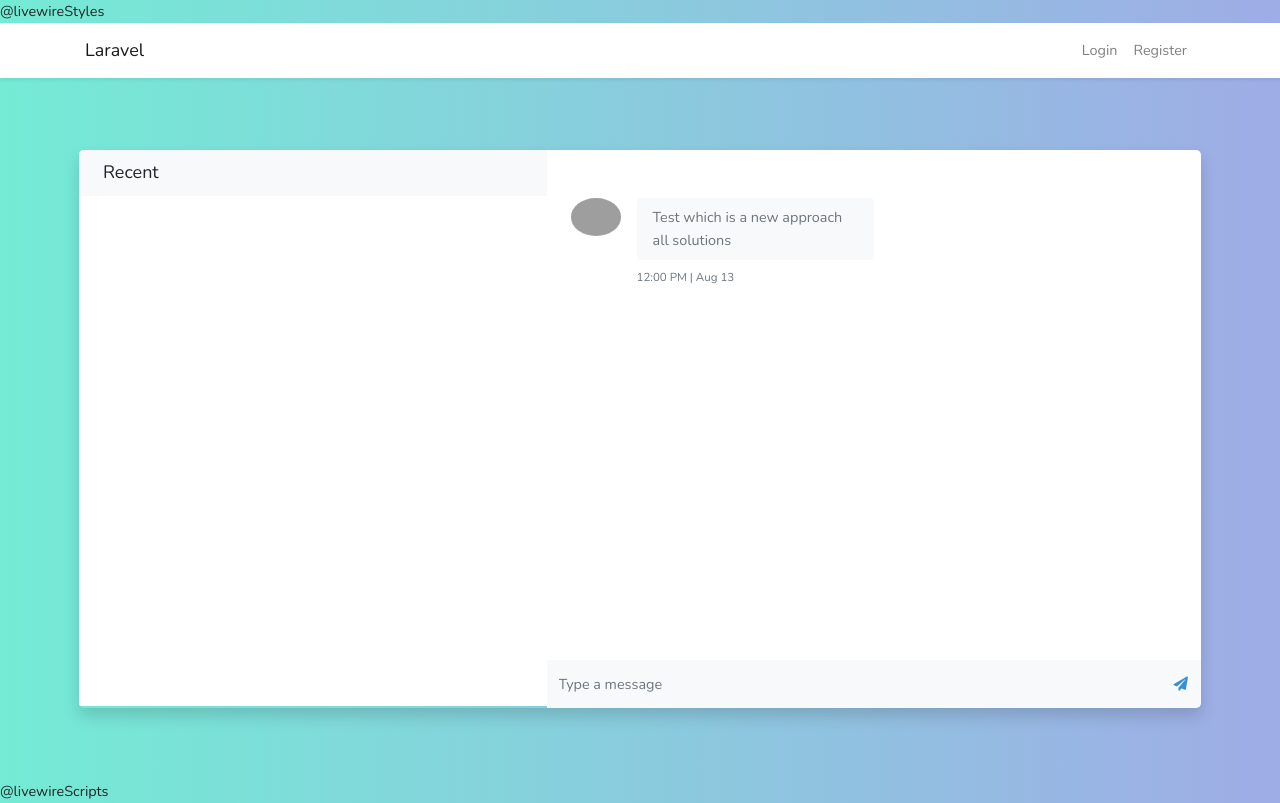
Repository: mohamedelbadawi/chatty
Page: resources/views/conversation/show.blade.php
These files come from the project's save history. The page is drawn as it stood at one moment and after the next save; the edit follows.
The browser window is 1280 px wide. The pictures show the whole page.
Pictures or frames that could not be fetched are drawn as grey boxes. Some web libraries are served in a nearby version. The page is served by the project's Laravel application, run on PHP 8.4 with Laravel 8. The template is opened directly, without the code that normally fills it, so the values that code supplies are empty.

Above is the page before, as saved 2021-10-04 03:00:22.

After the next save:
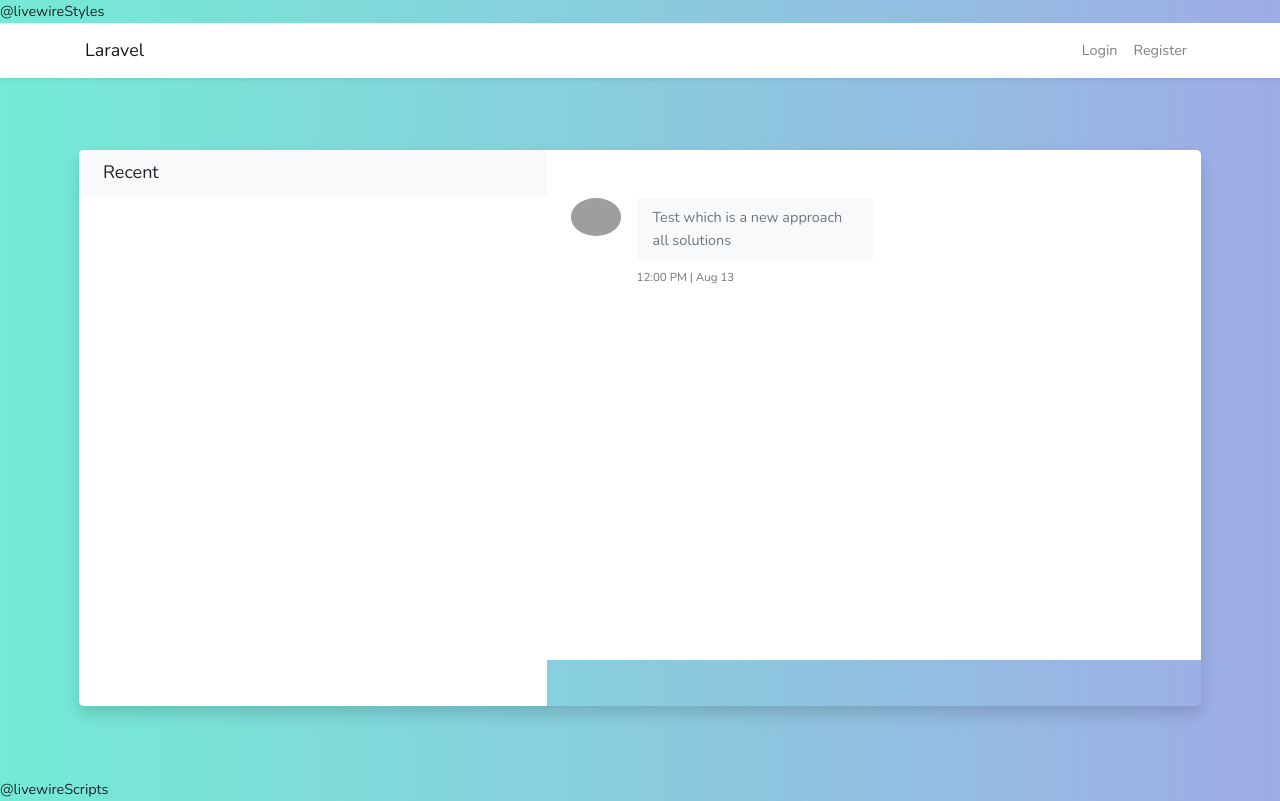
Saved 27 s later.
--- a/resources/views/conversation/show.blade.php
+++ b/resources/views/conversation/show.blade.php
@@ -42,16 +42,7 @@
                 </div>
 
                 <!-- Typing area -->
-                <form action="#" class="bg-light">
-                    <div class="input-group">
-                        <input type="text" placeholder="Type a message" aria-describedby="button-addon2"
-                            class="form-control rounded-0 border-0 py-4 bg-light">
-                        <div class="input-group-append">
-                            <button id="button-addon2" type="submit" class="btn btn-link"> <i
-                                    class="fa fa-paper-plane"></i></button>
-                        </div>
-                    </div>
-                </form>
+                <livewire:conversations.conversation-replay />
 
             </div>
         </div>
